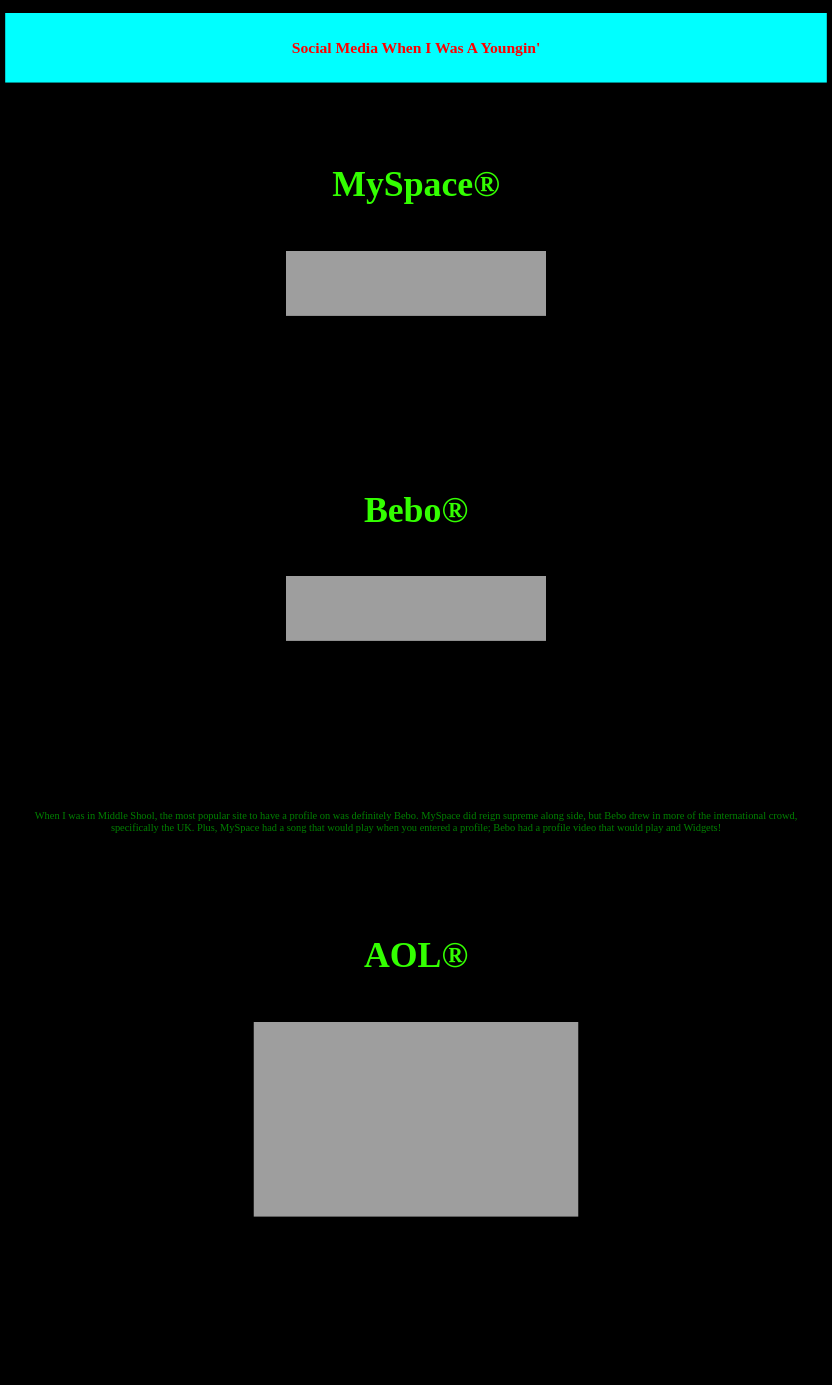
Repository: AndrewGrantt/LC101
Page: LC101/js-assignment-4-html-me-something-buffylow/index.html
The author's editor kept a copy of each file at every save. The page is drawn from the files as they stood at one save, then again after the next save.
The browser window is 1280 px wide. The pictures show the whole page, at 65% of full size.
Pictures or frames that could not be fetched are drawn as grey boxes.

Above is the page before, as saved 2022-07-18 23:24:07.

After the next save:
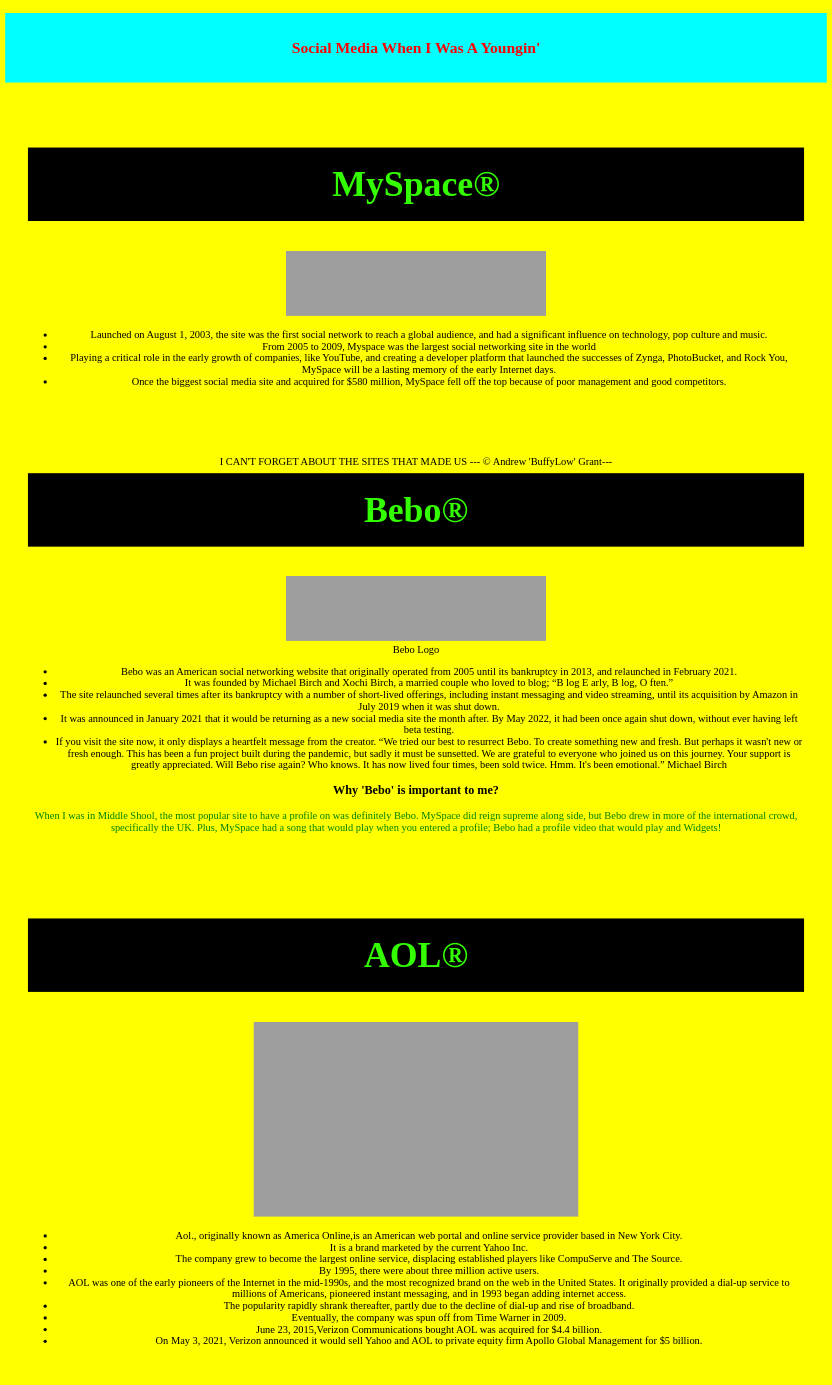
Saved 63 s later.
--- a/LC101/js-assignment-4-html-me-something-buffylow/styles.css
+++ b/LC101/js-assignment-4-html-me-something-buffylow/styles.css
@@ -1,6 +1,6 @@
 
 body {
-    background-color: black;
+    background-color:yellow;
     margin: 8px;
     display: block;
   }
